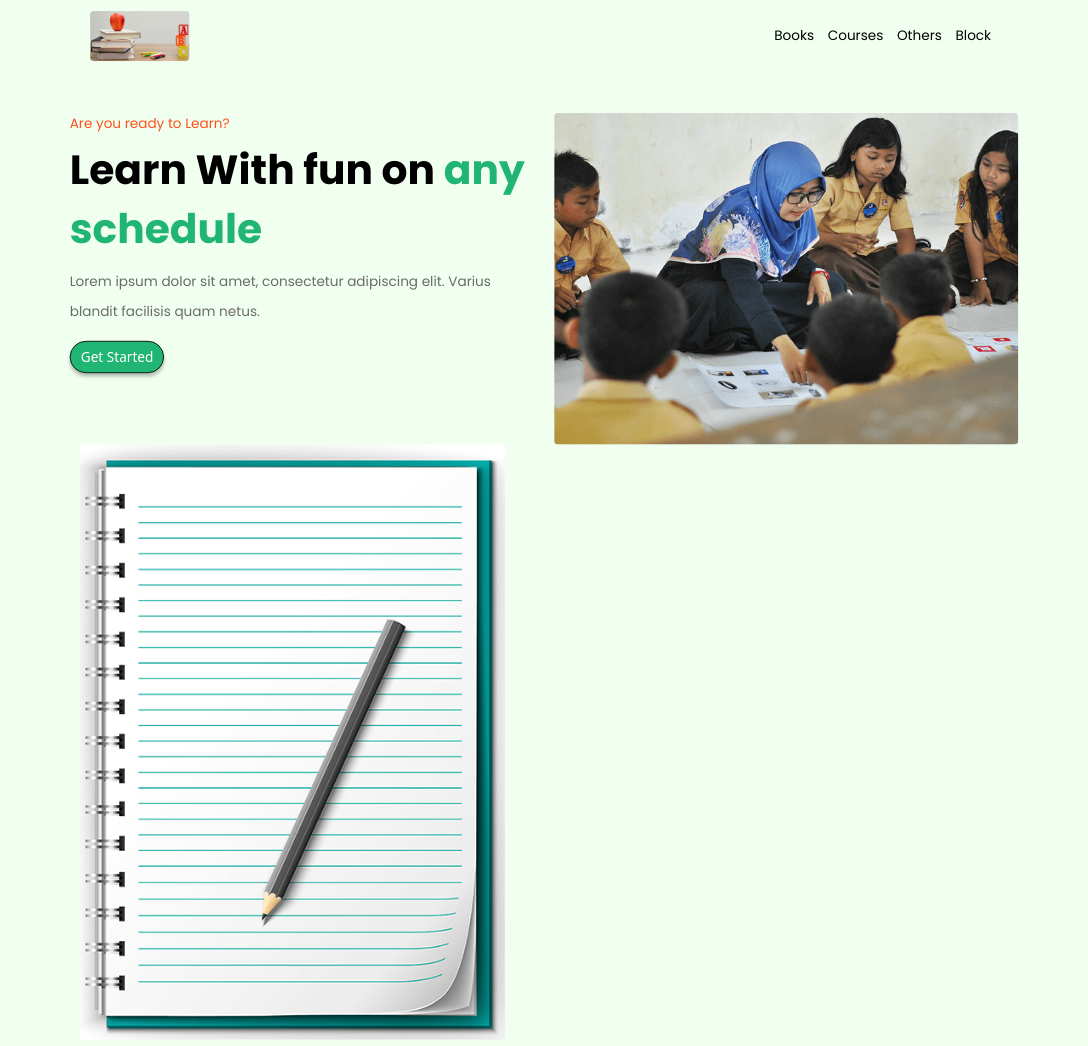
Repository: zjria/Figma-to-E-school
Page: index.html
These files come from the project's save history. The page is drawn as it stood at one moment and after the next save; the edit follows.
The browser window is 1280 px wide. The pictures show the whole page, at 85% of full size.
Some web libraries are served in a nearby version.

Above is the page before, as saved 2022-05-06 19:30:15.

### index.html
<!doctype html>
<html lang="en">
  <head>
    <!-- Required meta tags -->
    <meta charset="utf-8">
    <meta name="viewport" content="width=device-width, initial-scale=1">
    <title>E-School</title>

    <!-- Google Font family -->
    <link rel="preconnect" href="https://fonts.googleapis.com">
    <link rel="preconnect" href="https://fonts.gstatic.com" crossorigin>
    <link href="https://fonts.googleapis.com/css2?family=Poppins:wght@100;300;400;500;600;700;800;900&display=swap" rel="stylesheet">
    <!-- Bootstrap CSS -->
    <link href="https://cdn.jsdelivr.net/npm/bootstrap@5.0.2/dist/css/bootstrap.min.css" rel="stylesheet">
    <!-- Font awesome -->
    <link rel="stylesheet" href="https://cdnjs.cloudflare.com/ajax/libs/font-awesome/6.1.1/css/all.min.css">
    <!-- custom css -->
    <link rel="stylesheet" href="style.css">
  </head>
  <body>
    <section class="hero-section">
        <div class="container">
            <div class="row">
                <nav class="navbar navbar-expand-md navbar-light">
                    <div class="container-fluid">
                      <a class="navbar-brand" href="#"><img class="img-fluid rounded-3" src="images/logo.png" alt=""></a>
                      <button class="navbar-toggler" type="button" data-bs-toggle="collapse" data-bs-target="#navbarSupportedContent" aria-controls="navbarSupportedContent" aria-expanded="false" aria-label="Toggle navigation">
                        <span class="navbar-toggler-icon"></span>
                      </button>
                      <div class="collapse navbar-collapse" id="navbarSupportedContent">
                        <ul class="navbar-nav me-auto mb-2 mb-lg-0">
                          <li class="nav-item">
                            <a class="nav-link" href="#">Books</a>
                          </li>
                          <li class="nav-item">
                            <a class="nav-link" href="#">Courses</a>
                          </li>
                          <li class="nav-item">
                            <a class="nav-link" href="#">Others</a>
                          </li>
                          <li class="nav-item">
                            <a class="nav-link" href="#">Block</a>
                          </li>
                        </ul>

                      </div>
                    </div>
                  </nav>
            </div>
            <!-- Header Content Section -->
            <div class="row pt-5">
              <div class="col-md-6 hero-content">
                <h5>Are you ready to Learn?</h5>
                <h1>Learn With fun on <span>any schedule</span></h1>
                <p>Lorem ipsum dolor sit amet, consectetur adipiscing elit. Varius blandit facilisis quam netus.</p>
                <a href="" class="btn btn-custom">Get Started</a>
              </div>
              <div class="col-md-6">
                <img src="images/hero-img.png" class="img-fluid rounded-3" alt="">
              </div>
            </div>
            <!-- Feature -->
            <div class="feature">
              <div class="container">
                <div class="row">
                  <div class="col-md-3">
                    <div class="feature-content">
                      <img src="images/price-1.png" alt="">
                      <h3></h3>
                    </div>
                  </div>
                  <div class="col-md-3"></div>
                  <div class="col-md-3"></div>
                </div>
              </div>
            </div>
        </div>
    </section>










    <!-- Option 1: Bootstrap Bundle with Popper -->
    <script src="https://cdn.jsdelivr.net/npm/bootstrap@5.0.2/dist/js/bootstrap.bundle.min.js"></script>
  </body>
</html>

### style.css
/* font-family: 'Poppins', sans-serif; */
.hero-section{
    background: #F0FFF0;
    min-height: 100vh;
}
.navbar-light .navbar-nav .nav-link {
    color: rgb(0, 0, 0);
    font-family: 'Poppins', sans-serif;
    font-style: normal;
    font-weight: 400;
    font-size: 16px;
    line-height: 24px;
}
.navbar-light .navbar-nav .nav-link:hover {
    color: #C2B49D;
}
.navbar-brand img{
    width: 15%;
}
.hero-content h5 {
    font-family: 'Poppins';
    font-style: normal;
    font-weight: 400;
    font-size: 16px;
    line-height: 24px;
    color: #FD511A;
}
.hero-content h1 {
    font-family: 'Poppins';
    font-style: normal;
    font-weight: 700;
    font-size: 48px;
    line-height: 70px;
    color: #000000;
}
.hero-content h1 span{
    color: #21B573
}
.hero-content p {
    font-family: 'Poppins';
    font-style: normal;
    font-weight: 400;
    font-size: 16px;
    line-height: 36px;
    color: #6C6B6B;
}
.btn-custom{
    background: #21B573;
    border: 1px solid #000000;
    box-shadow: 0px 4px 4px rgba(0, 0, 0, 0.25);
    border-radius: 33px;
    color: #fff;
}

After the next save:
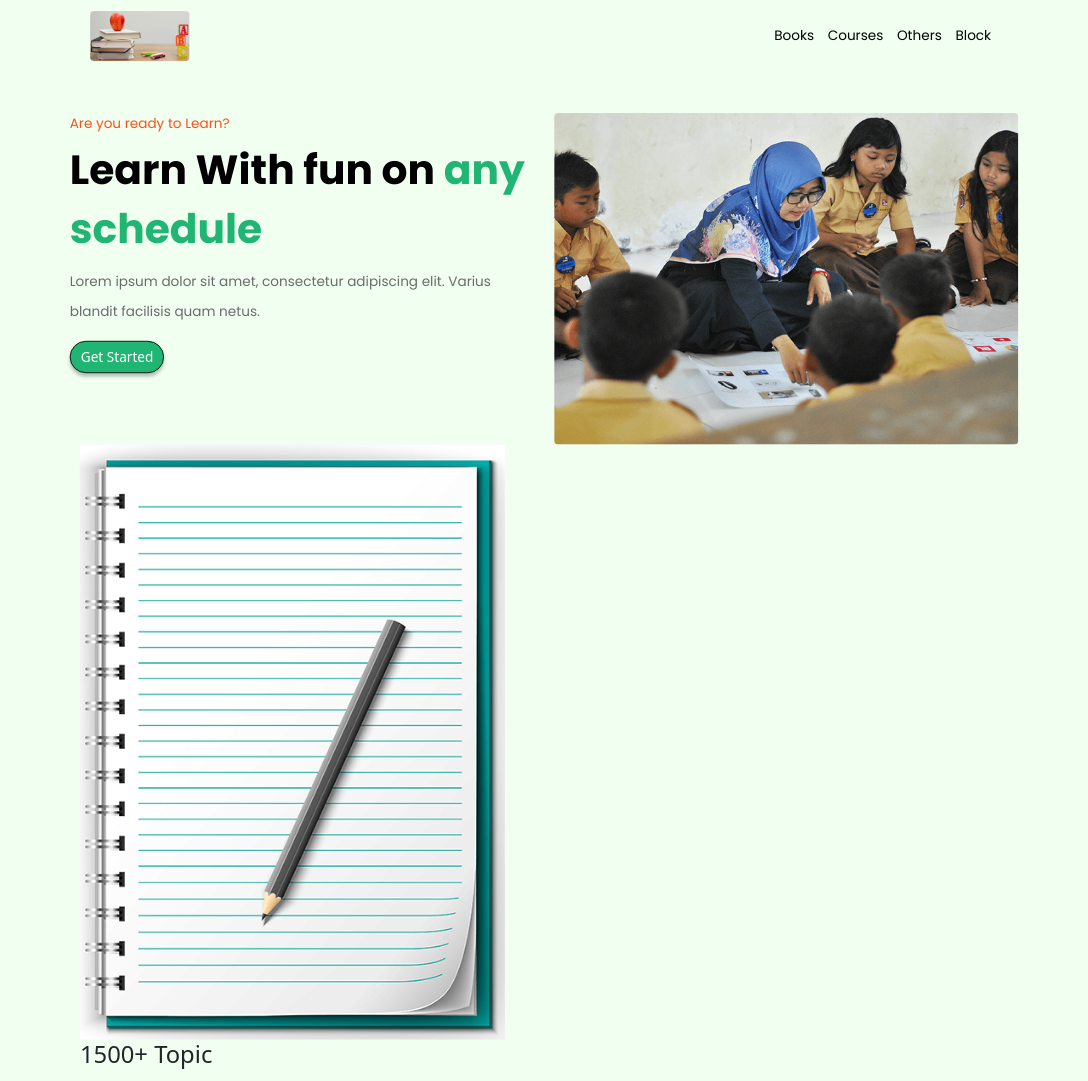
Saved 27 s later.
--- a/index.html
+++ b/index.html
@@ -66,7 +66,8 @@
                   <div class="col-md-3">
                     <div class="feature-content">
                       <img src="images/price-1.png" alt="">
-                      <h3></h3>
+                      <h3>1500+ Topic</h3>
+                      <p></p>
                     </div>
                   </div>
                   <div class="col-md-3"></div>
